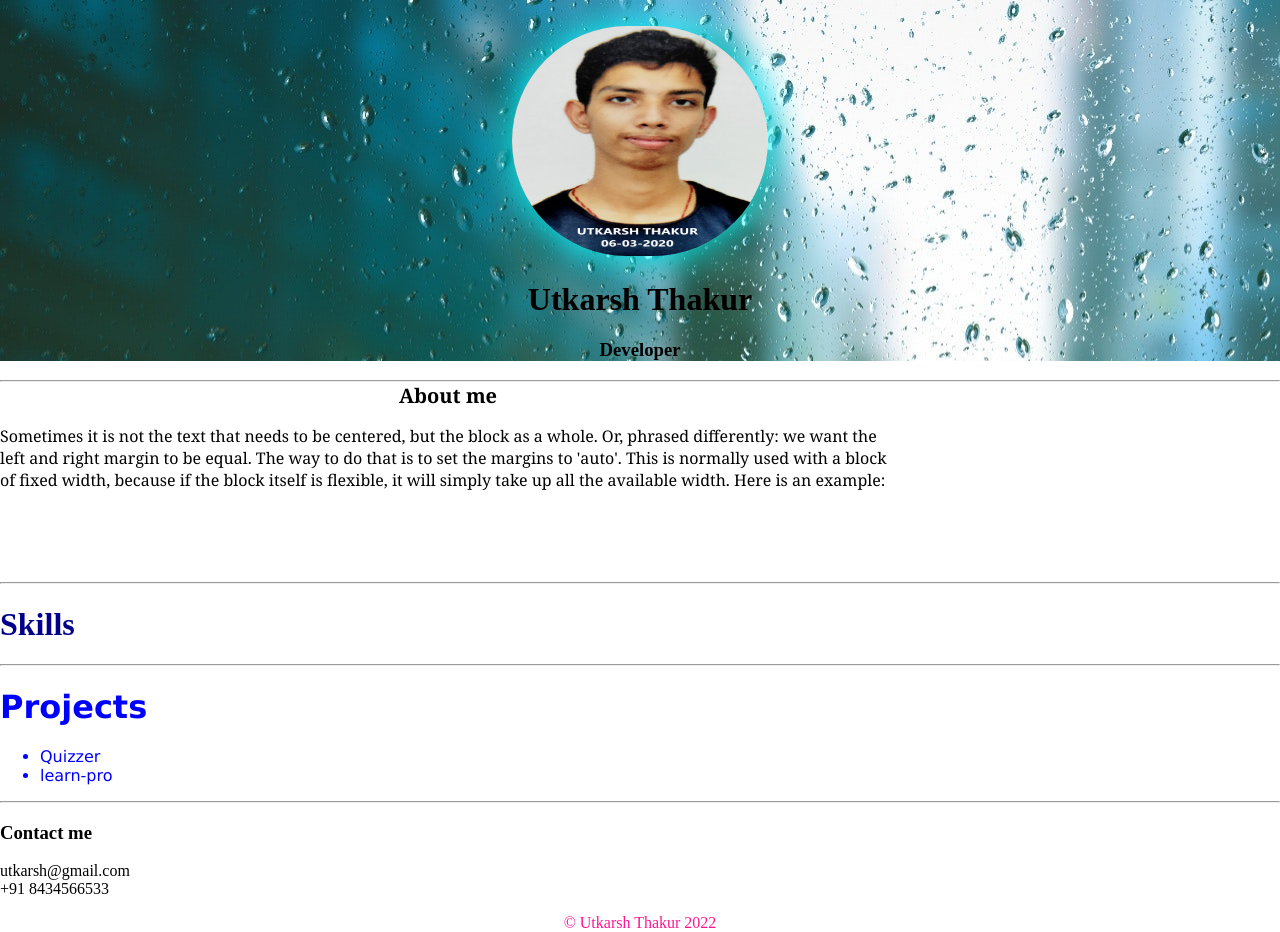
Repository: UtkarshThakur321/Utkarsh-Thakur-Profile
Page: index.html
These files come from the project's save history. The page is drawn as it stood at one moment and after the next save; the edit follows.
The browser window is 1280 px wide. The pictures show the whole page.

Above is the page before, as saved 2022-01-22 23:28:03.
Not found: main.js

### index.html
<!DOCTYPE html>
<html>
<head>
    <meta charset='utf-8'>
    <meta http-equiv='X-UA-Compatible' content='IE=edge'>
    <title>Page Title</title>
    <meta name='viewport' content='width=device-width, initial-scale=1'>
    <link rel='stylesheet' type='text/css' media='screen' href="index.css">
    <script src='main.js'></script>
</head>
<body>
    <div id="main">
    <!-- <div id="nav">
        <h1>My Resume</h1>
    </div> -->
    <center>
        <div id="intro">
            <div id="profileImage">
                 <img src="main3.jpg" alt="DP_Utkarsh__Thakur"
                 width="180" height="170">
            </div>
            <div id="profileName">
                <h1>Utkarsh Thakur</h1>
                <h3>Developer</h3>
            </div>

            <div>


             </div>
        </div>
    </center>

    <hr>

  <div id="aboutMe">
    <div id="aboutMeHeading">
        About me
    </div>
    <div id="aboutMeContent">
        <p>
            Sometimes it is not the text that needs to be centered, but the block as a whole. Or, phrased differently: we want the left and right margin to be equal. The way to do that is to set the margins to 'auto'. This is normally used with a block of fixed width, because if the block itself is flexible, it will simply take up all the available width. Here is an example:
        </p>
    </div>
  </div>
<hr>

    <div id="skills">
        <h1>Skills</h1>

    </div>

    <hr>
    <div id="projects">
        <h1>Projects</h1>
        <ul>
            <li>Quizzer</li>
            <li>learn-pro</li>
        </ul>
    </div>
    <hr>

    <div id="footer">
        <h3>Contact me</h3>
        <p>
            utkarsh@gmail.com<br>
            +91 8434566533

        </p>
            <div id="copyright">
         &copy; Utkarsh Thakur 2022
            </div>
        </div>
    </div>



</body>
</html>

### index.css
body{
    width:100%;
    margin:0px;


}


#intro{
    background-image:url("./bg.jpg");
}


#profileImage>img{
    margin-top: 2%;

    height:230px;
    width:20%;
    border-radius: 120px;
    box-shadow: 0px 0px 40px aqua;
}

#aboutMe{
    width:70%;
    height:200px;
    border:2% solid green;
}


#aboutMeHeading{
    text-align:center;
    font-family: Georgia, 'Times New Roman', Times, serif;
    font-size:20px;
    font-weight: bold;
}
#aboutMeContent{

    font-family: Georgia, 'Times New Roman', Times, serif;
    font-size:16px;

}





hr{
    margin:0px;
}

#nav{
    height:50px;
    display:content;
    text-align: center;
    font-weight: 900;
    color:black;}
    /* text-align: center;
    font-family: Verdana, Geneva, Tahoma, sans-serif;
} */

#skills{
    color:darkblue;
    font-weight: 400;

}

.img{
    height:10px;
    width:10%;
}
#projects{
    font-family: Verdana, Geneva, Tahoma, sans-serif;
    color:blue;
}


/* #footer{
    text-align: center;
} */
#copyright{
    text-align: center;
    color:deeppink
}

After the next save:
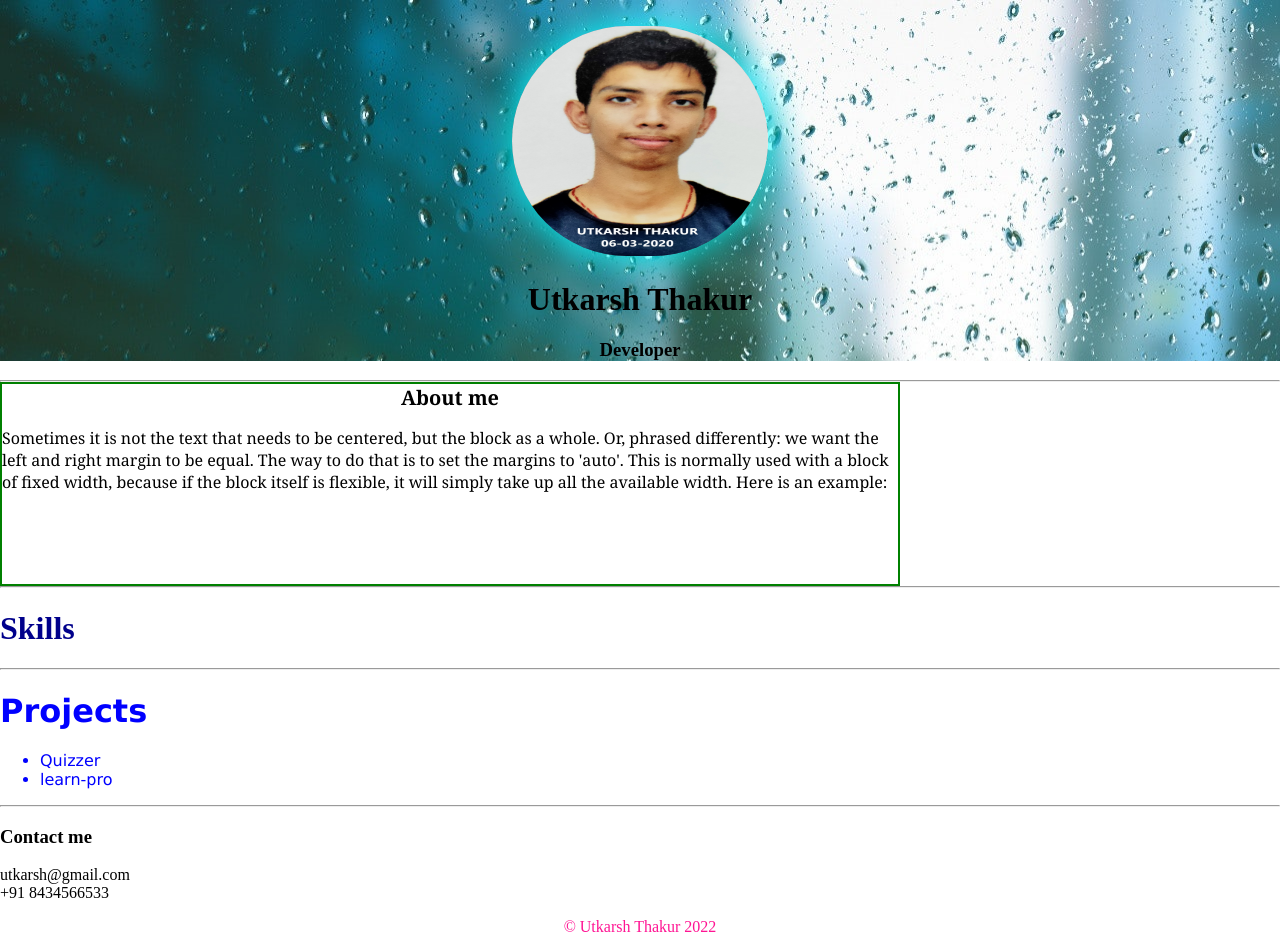
Saved 17 s later.
--- a/index.css
+++ b/index.css
@@ -23,7 +23,7 @@ body{
 #aboutMe{
     width:70%;
     height:200px;
-    border:2% solid green;
+    border:2px solid green;
 }
 
 
